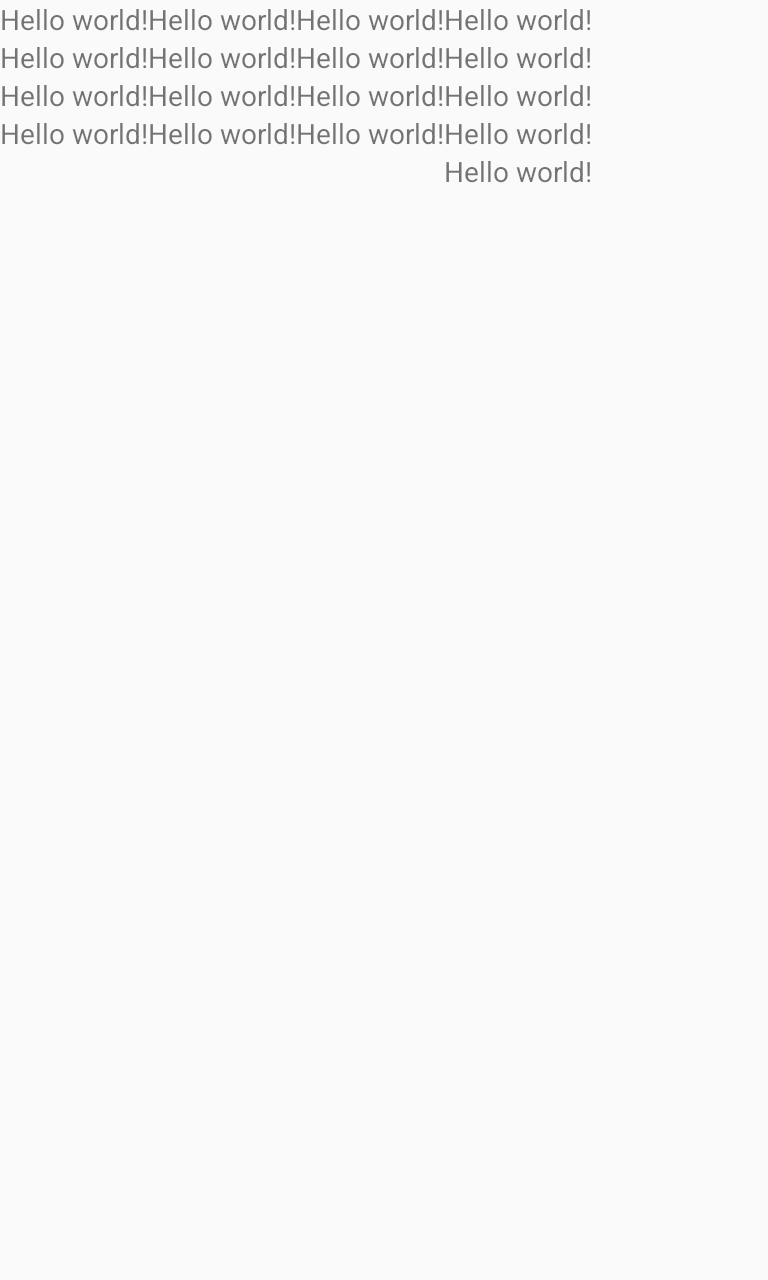
Repository: deyan-yosifov/Android
Layout: Workspace/BouncingBallGame/res/layout/activity_accelerometer_monitor.xml
The author's editor kept a copy of each file at every save. The layout is drawn from the files as they stood at one save, then again after the next save.
It is drawn on a 768 x 1280 px phone screen (xhdpi) without system bars, with theme AppTheme; the app's code is not run.

Above is the layout before, as saved 2015-01-03 18:13:08.

After the next save:
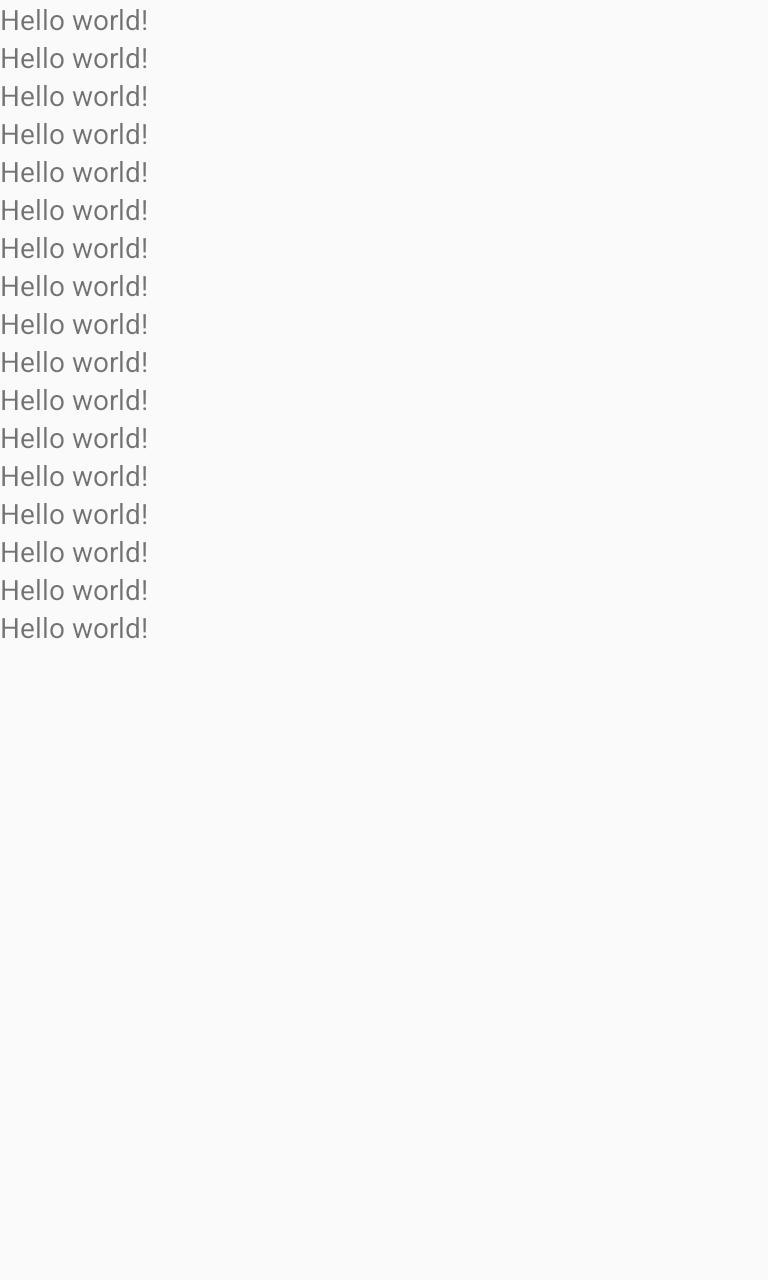
Saved 59 s later.
--- a/Workspace/BouncingBallGame/res/layout/activity_accelerometer_monitor.xml
+++ b/Workspace/BouncingBallGame/res/layout/activity_accelerometer_monitor.xml
@@ -40,7 +40,7 @@
         android:layout_height="wrap_content"
         android:orientation="vertical"
         android:id="@+id/linearAccelerationValues"
-        android:layout_toRightOf="@id/acceleromatorValues"
+        android:layout_below="@id/acceleromatorValues"
 	    >
 		<TextView
 	        android:layout_width="wrap_content"
@@ -72,7 +72,7 @@
         android:layout_height="wrap_content"
         android:orientation="vertical"
         android:id="@+id/gravityValues"
-        android:layout_toRightOf="@id/linearAccelerationValues"
+        android:layout_below="@id/linearAccelerationValues"
 	    >
 		<TextView
 	        android:layout_width="wrap_content"
@@ -104,7 +104,7 @@
         android:layout_height="wrap_content"
         android:orientation="vertical"
         android:id="@+id/timeValues"
-        android:layout_toRightOf="@id/gravityValues"
+        android:layout_below="@id/gravityValues"
 	    >
 	    <TextView
 	        android:layout_width="wrap_content"
